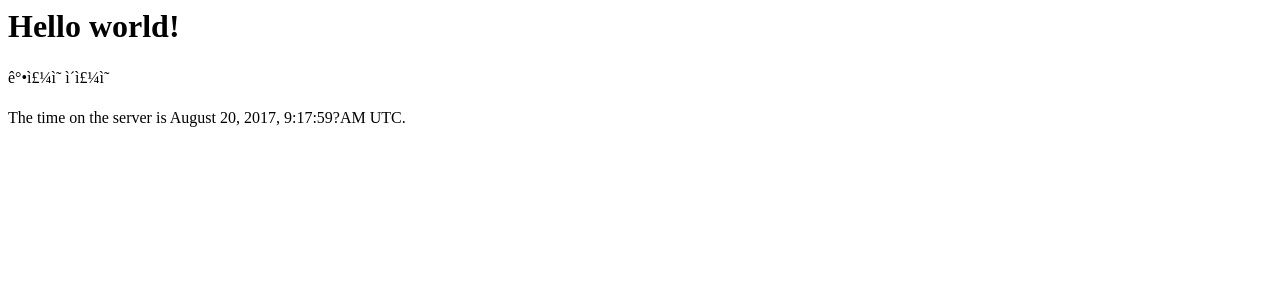
Repository: cnzkl6948/Documents
Page: http://localhost/juyeong/
The author's editor kept a copy of each file at every save. The page is drawn from the files as they stood at one save, then again after the next save.
The browser window is 1280 px wide. The pictures show the whole page.
The page is served by Tomcat 9. The template is opened directly, without the code that normally fills it, so the values that code supplies are empty.

Above is the page before, as saved 2017-08-20 09:20:02.

After the next save:
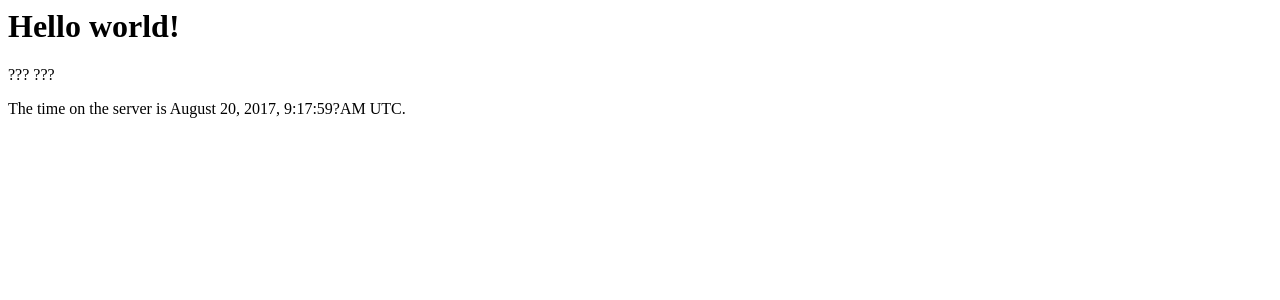
Saved 17 s later.
--- a/juyeong/src/main/webapp/WEB-INF/views/home.jsp
+++ b/juyeong/src/main/webapp/WEB-INF/views/home.jsp
@@ -1,5 +1,5 @@
 <%@ taglib uri="http://java.sun.com/jsp/jstl/core" prefix="c" %>
-<%@ page session="false"  contentType="UTF-8"%>
+<%@ page session="false"  contentType="UTF-8" pageEncoding="utf-8"%>
 <html>
 <head>
 	<title>Home</title>
